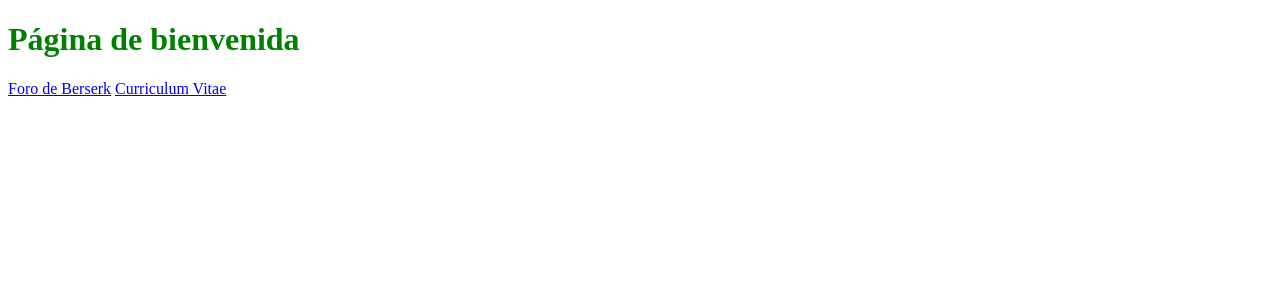
Repository: MateoSantander/Ejercicios4y5
Page: Ejercicio_4/src/main/webapp/index.html
An editor plug-in stored every save of this project. The page is shown before and after the next save, followed by the edit.
The browser window is 1280 px wide. The pictures show the whole page.

Above is the page before, as saved 2022-03-16 10:38:06.

### Ejercicio_4/src/main/webapp/index.html
<!DOCTYPE html>
<html>
<head>
<meta charset="UTF-8">
<title>Insert title here</title>
</head>
<body>
	<h1 style="color:green">Página de bienvenida</h1>
	<nav>
		<a href="otrasPaginas/pagina_principal.html">Foro de Berserk</a>
		<a href="otrasPaginas/paginaCV.html">Curriculum Vitae</a>
		</nav>
</body>
</html>

After the next save:
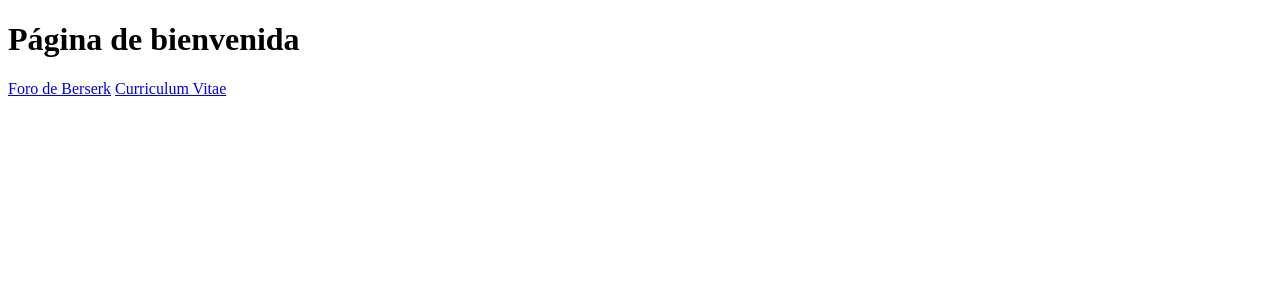
Saved 9 min 17 s later.
--- a/Ejercicio_4/src/main/webapp/index.html
+++ b/Ejercicio_4/src/main/webapp/index.html
@@ -5,7 +5,7 @@
 <title>Insert title here</title>
 </head>
 <body>
-	<h1 style="color:green">Página de bienvenida</h1>
+	<h1>Página de bienvenida</h1>
 	<nav>
 		<a href="otrasPaginas/pagina_principal.html">Foro de Berserk</a>
 		<a href="otrasPaginas/paginaCV.html">Curriculum Vitae</a>
